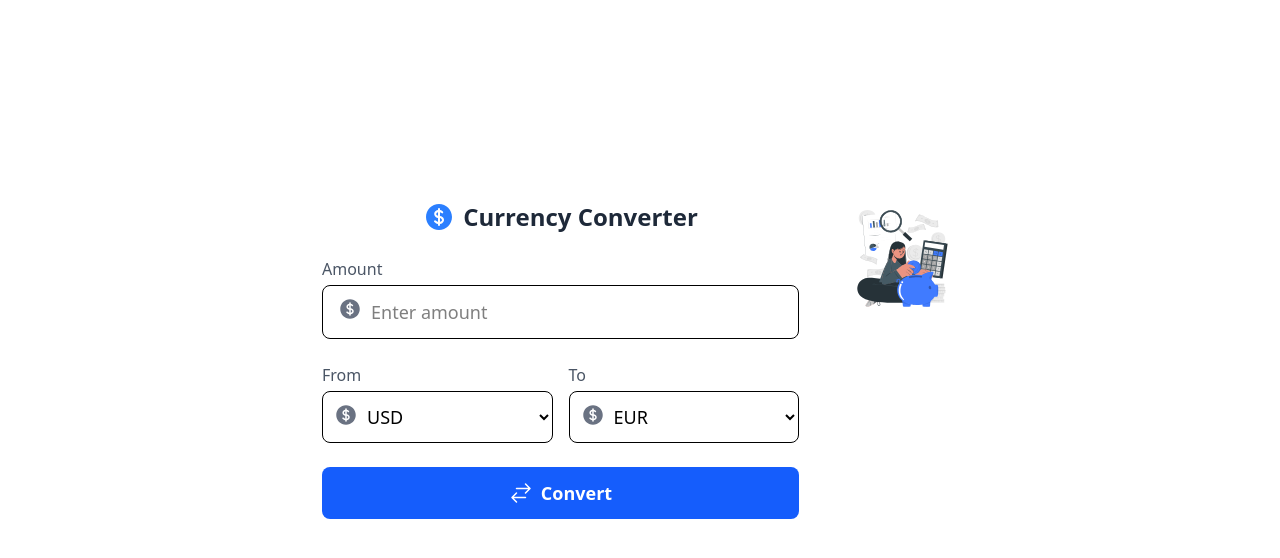
Repository: adrcstro/withcenter_developer_exam
Page: /
These files come from the project's save history. The page is drawn as it stood at one moment and after the next save; the edit follows.
The browser window is 1280 px wide. The pictures show the whole page.
The project was rebuilt for these pictures with package versions that can differ from the ones it lists, and the page was loaded fresh each time. Also part of the build but not shown: vite.config.ts.

Above is the page before, as saved 2025-03-16 19:53:23.

### index.html
<!doctype html>
<html lang="en">
  <head>
    <meta charset="UTF-8" />
    <link rel="icon" type="image/svg+xml" href="/vite.svg" />
    <meta name="viewport" content="width=device-width, initial-scale=1.0" />
    <title>Vite + React + TS</title>
    <!-- public/index.html -->
  <link href="https://fonts.googleapis.com/css2?family=Montserrat:wght@300;400;500;700&display=swap" rel="stylesheet">


  </head>
  <body>
    <div id="root"></div>
    <script type="module" src="/src/main.tsx"></script>
  </body>
</html>

### src/main.tsx

import { createRoot } from 'react-dom/client'
import './index.css'
import App from './App.tsx'

createRoot(document.getElementById('root')!).render(

    <App />

)

### src/App.tsx
import { useState } from "react";
import { ArrowsRightLeftIcon, CurrencyDollarIcon } from "@heroicons/react/24/solid";
import converterImage from "./assets/Manage money-cuate.svg"

const currencies = ["USD", "EUR", "GBP", "JPY", "INR"];

function App() {
  const [amount, setAmount] = useState("");
  const [fromCurrency, setFromCurrency] = useState("USD");
  const [toCurrency, setToCurrency] = useState("EUR");
  const [convertedAmount, setConvertedAmount] = useState("");

  const handleConvert = () => {
    const rate = 1.1;
    setConvertedAmount((parseFloat(amount) * rate).toFixed(2));
  };

  return (
    <div className="flex items-center justify-center min-h-screen bg-white">
      <div className="relative bg-white rounded-xl p-8 w-[700px] flex">
        <div className="w-3/4">
          <h2 className="text-2xl font-bold text-gray-800 text-center mb-6 flex items-center justify-center gap-2">
            <CurrencyDollarIcon className="w-8 h-8 text-blue-500" />
            Currency Converter
          </h2>

          {/* Amount Input */}
          <div className="mb-6">
            <label className="block text-gray-600 text-base font-medium">Amount</label>
            <div className="relative">
              <input
                type="number"
                value={amount}
                onChange={(e) => setAmount(e.target.value)}
                className="w-full mt-1 pl-12 pr-4 py-3 border rounded-lg text-lg focus:outline-none focus:ring-2 focus:ring-blue-400"
                placeholder="Enter amount"
              />
              <CurrencyDollarIcon className="w-6 h-6 text-gray-500 absolute left-4 top-4" />
            </div>
          </div>

          {/* Currency Selection */}
          <div className="flex gap-4 mb-6">
            <div className="w-1/2">
              <label className="block text-gray-600 text-base font-medium">From</label>
              <div className="relative">
                <select
                  value={fromCurrency}
                  onChange={(e) => setFromCurrency(e.target.value)}
                  className="w-full mt-1 pl-10 pr-4 py-3 border rounded-lg text-lg focus:outline-none focus:ring-2 focus:ring-blue-400"
                >
                  {currencies.map((currency) => (
                    <option key={currency} value={currency}>
                      {currency}
                    </option>
                  ))}
                </select>
                <CurrencyDollarIcon className="w-6 h-6 text-gray-500 absolute left-3 top-4" />
              </div>
            </div>

            <div className="w-1/2">
              <label className="block text-gray-600 text-base font-medium">To</label>
              <div className="relative">
                <select
                  value={toCurrency}
                  onChange={(e) => setToCurrency(e.target.value)}
                  className="w-full mt-1 pl-10 pr-4 py-3 border rounded-lg text-lg focus:outline-none focus:ring-2 focus:ring-blue-400"
                >
                  {currencies.map((currency) => (
                    <option key={currency} value={currency}>
                      {currency}
                    </option>
                  ))}
                </select>
                <CurrencyDollarIcon className="w-6 h-6 text-gray-500 absolute left-3 top-4" />
              </div>
            </div>
          </div>

          {/* Convert Button */}
          <button
            onClick={handleConvert}
            className="w-full bg-blue-600 hover:bg-blue-700 text-white text-lg font-semibold py-3 rounded-lg flex items-center justify-center gap-2 transition duration-300"
          >
            <ArrowsRightLeftIcon className="w-6 h-6" />
            Convert
          </button>

          {/* Converted Amount */}
          {convertedAmount && (
            <div className="mt-6 text-center">
              <p className="text-gray-800 text-xl">
                {amount} {fromCurrency} = <span className="font-bold text-green-600">{convertedAmount} {toCurrency}</span>
              </p>
            </div>
          )}
        </div>

        {/* Right-side SVG Image */}
        <div className="w-1/4 flex justify-end">
          <img src={converterImage} alt="Converter Illustration" className="w-28 h-28" />
        </div>
      </div>
    </div>
  );
}

export default App;

Loaded but not shown: src/index.css (common file)

After the next save:
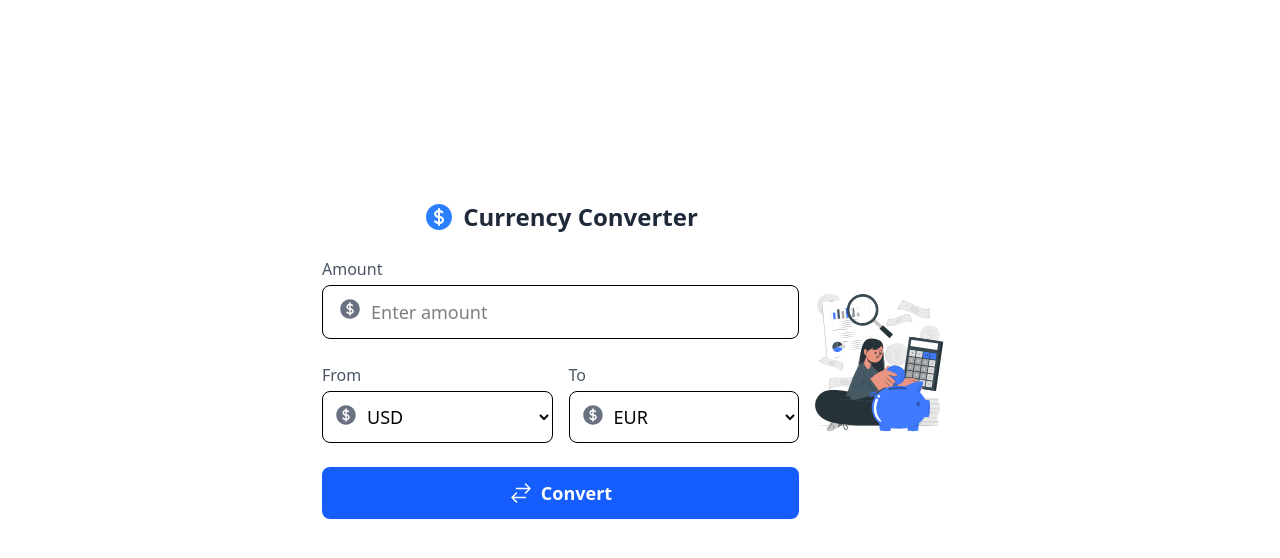
Saved 116 s later.
--- a/src/App.tsx
+++ b/src/App.tsx
@@ -98,9 +98,11 @@ function App() {
         </div>
 
         {/* Right-side SVG Image */}
-        <div className="w-1/4 flex justify-end">
-          <img src={converterImage} alt="Converter Illustration" className="w-28 h-28" />
-        </div>
+       {/* Right-side SVG Image */}
+<div className="w-1/4 flex justify-end">
+  <img src={converterImage} alt="Converter Illustration" className="w-full h-full object-contain" />
+</div>
+
       </div>
     </div>
   );
